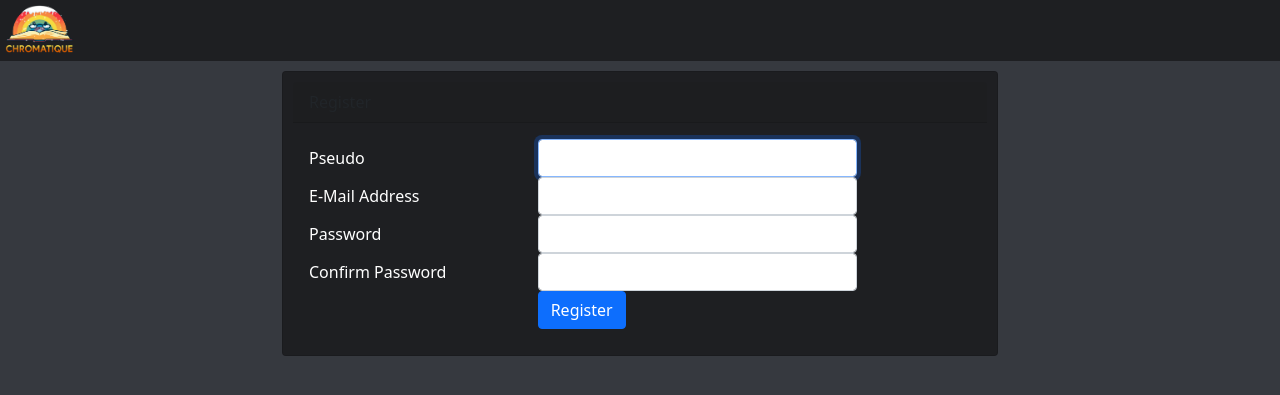
Repository: Codesieg/Chromatique
Page: http://localhost/register
The author's editor kept a copy of each file at every save. The page is drawn from the files as they stood at one save, then again after the next save.
The browser window is 1280 px wide. The pictures show the whole page.
Some icons come from a web library that is not loaded, so they are not drawn. The page is served by the project's Laravel application, run on PHP 8.4 with Laravel 8. Other server files are loaded and not shown.

Above is the page before, as saved 2021-07-02 13:42:30.

### chromatique/routes/web.php
<?php


use Illuminate\Support\Facades\Auth;
use Illuminate\Support\Facades\Route;
use App\Http\Controllers\PagesController;
use App\Http\Controllers\TomesController;
use App\Http\Controllers\MangasController;
use App\Http\Controllers\AdminTomesController;
use App\Http\Controllers\AdminMangasController;

/*
|--------------------------------------------------------------------------
| Web Routes
|--------------------------------------------------------------------------
|
| Here is where you can register web routes for your application. These
| routes are loaded by the RouteServiceProvider within a group which
| contains the "web" middleware group. Now create something great!
|
*/
//-------------- Route front ----------------
// Route::get('/', [MangasController::class,'browse'])->name('browse_mangas');

Route::get(
    '/',
    [MangasController::class, 'browse']
)->name('browse_mangas');

Route::get(
    '/tome/{id}',
    [TomesController::class,'browse']
)->name('browse_tomes');

Route::get(
    '/tome/page/{id}',
    [PagesController::class,'read']
)->name('browse_pages');

//-------------- Route back manga ----------------

Route::get(
    '/admin',
    [AdminMangasController::class, 'browse']
)->name('admin_browse_mangas');

Route::get(
    '/admin/add/manga',
    [AdminMangasController::class, 'form']
)->name('admin_form_manga');

Route::post(
    '/admin/add/manga',
    [AdminMangasController::class, 'add']
)->name('admin_add_manga');

Route::delete(
    '/admin/delete/{id}',
    [AdminMangasController::class, 'delete']
)->name('admin_delete_manga');

//-------------- Route back tome ----------------

// On récupère l'id du manga sur cette route et on affiche le formulaire d'ajout d'un tome par rapport à ça franchise
Route::get(
    '/admin/add/tome/{id}',
    [AdminTomesController::class, 'form']
)->name('admin_form_tome');

// On ajoute un tome
Route::post(
    '/admin/add/tome',
    [AdminTomesController::class, 'add']
)->name('admin_add_tome');

// On liste tous les tomes de tous les mangas
Route::get(
    '/admin/tome/',
    [AdminTomesController::class, 'browse']
)->name('admin_browse_tomes');

// On liste tous les tomes d'un manga
Route::get(
    '/admin/tome/{id}',
    [AdminTomesController::class, 'read']
)->name('admin_read_tome');

// Permet de supprimer un tome
Route::delete(
    '/admin/delete/tome/{id}',
    [AdminTomesController::class, 'delete']
)->name('admin_delete_tome');

Auth::routes();

Route::get(
        '/home',
        [HomeController::class, 'index']
)->name('home');

### chromatique/app/Http/Controllers/Auth/ConfirmPasswordController.php
<?php

namespace App\Http\Controllers\Auth;

use App\Http\Controllers\Controller;
use App\Providers\RouteServiceProvider;
use Illuminate\Foundation\Auth\ConfirmsPasswords;

class ConfirmPasswordController extends Controller
{
    /*
    |--------------------------------------------------------------------------
    | Confirm Password Controller
    |--------------------------------------------------------------------------
    |
    | This controller is responsible for handling password confirmations and
    | uses a simple trait to include the behavior. You're free to explore
    | this trait and override any functions that require customization.
    |
    */

    use ConfirmsPasswords;

    /**
     * Where to redirect users when the intended url fails.
     *
     * @var string
     */
    protected $redirectTo = RouteServiceProvider::LOGIN;

    /**
     * Create a new controller instance.
     *
     * @return void
     */
    public function __construct()
    {
        $this->middleware('auth');
    }
}

### chromatique/resources/views/auth/register.blade.php
@extends('layout')

@section('contenu')
<div class="container">
    <div class="row justify-content-center">
        <div class="col-md-8">
            <div class="card">
                <div class="card-header">{{ __('Register') }}</div>

                <div class="card-body">
                    <form method="POST" action="{{ route('register') }}">
                        @csrf

                        <div class="form-group row">
                            <label for="name" class="col-md-4 col-form-label text-md-right white">{{ __('Pseudo') }}</label>

                            <div class="col-md-6">
                                <input id="name" type="text" class="form-control @error('name') is-invalid @enderror" name="name" value="{{ old('name') }}" required autocomplete="name" autofocus>

                                @error('name')
                                    <span class="invalid-feedback" role="alert">
                                        <strong>{{ $message }}</strong>
                                    </span>
                                @enderror
                            </div>
                        </div>

                        <div class="form-group row">
                            <label for="email" class="col-md-4 col-form-label text-md-right white">{{ __('E-Mail Address') }}</label>

                            <div class="col-md-6">
                                <input id="email" type="email" class="form-control @error('email') is-invalid @enderror" name="email" value="{{ old('email') }}" required autocomplete="email">

                                @error('email')
                                    <span class="invalid-feedback" role="alert">
                                        <strong>{{ $message }}</strong>
                                    </span>
                                @enderror
                            </div>
                        </div>

                        <div class="form-group row">
                            <label for="password" class="col-md-4 col-form-label text-md-right white">{{ __('Password') }}</label>

                            <div class="col-md-6">
                                <input id="password" type="password" class="form-control @error('password') is-invalid @enderror" name="password" required autocomplete="new-password">

                                @error('password')
                                    <span class="invalid-feedback" role="alert">
                                        <strong>{{ $message }}</strong>
                                    </span>
                                @enderror
                            </div>
                        </div>

                        <div class="form-group row">
                            <label for="password-confirm" class="col-md-4 col-form-label text-md-right white">{{ __('Confirm Password') }}</label>

                            <div class="col-md-6">
                                <input id="password-confirm" type="password" class="form-control" name="password_confirmation" required autocomplete="new-password">
                            </div>
                        </div>

                        <div class="form-group row mb-0">
                            <div class="col-md-6 offset-md-4">
                                <button type="submit" class="btn btn-primary">
                                    {{ __('Register') }}
                                </button>
                            </div>
                        </div>
                    </form>
                </div>
            </div>
        </div>
    </div>
</div>
@endsection

### chromatique/resources/views/layout.blade.php
<!DOCTYPE html>
<html lang="fr">

<head>
    <meta charset="UTF-8">
    <meta http-equiv="X-UA-Compatible" content="IE=edge">
    <meta name="viewport" content="width=device-width, initial-scale=1.0">
    <title>Chromatique</title>
    <link rel="stylesheet" href="https://maxst.icons8.com/vue-static/landings/line-awesome/line-awesome/1.3.0/css/line-awesome.min.css">
    <link rel="stylesheet" href="<?= asset('assets/css/reset.css') ?>">
    <link href="https://cdn.jsdelivr.net/npm/bootstrap@5.0.0-beta3/dist/css/bootstrap.min.css" rel="stylesheet" integrity="sha384-eOJMYsd53ii+scO/bJGFsiCZc+5NDVN2yr8+0RDqr0Ql0h+rP48ckxlpbzKgwra6" crossorigin="anonymous">

    <link rel="stylesheet" href="<?= asset('assets/css/style.css') ?>">
</head>

<header>
    <div class="infos-menu">
        <div class="wrapper-menu">
            <img class="logo" src="<?= asset('assets/img/logo.png') ?>" alt="">
            <a href="{{route('browse_mangas')}}"><i class="las la-3x la-home white"></i></a>
            <a href="{{route('admin_browse_mangas')}}"><i class="las la-3x la-user-shield white"></i></a>
            <a href="https://discord.gg/3HH8Usj"><i class="lab la-3x la-discord white"></i></a>
            <a href="#"><i class="lab la-3x la-telegram white"></i></a>
            <a href="#"><i class="las la-3x la-info-circle white"></i></a>
        </div>
    </div>
</header>
<body>
    <!-- wrap -->
    @include('layouts/flash-message')
    <div class="wrapper">

    @yield('contenu')
    </div>


</body>
<script src="https://cdn.jsdelivr.net/npm/bootstrap@5.0.0-beta3/dist/js/bootstrap.bundle.min.js" integrity="sha384-JEW9xMcG8R+pH31jmWH6WWP0WintQrMb4s7ZOdauHnUtxwoG2vI5DkLtS3qm9Ekf" crossorigin="anonymous"></script>
</html>

### chromatique/resources/views/layouts/flash-message.blade.php
@if ($message = Session::get('success'))
<div class="alert alert-success alert-block ">
        <strong>{{ $message }}</strong>
</div>
@endif


@if ($message = Session::get('error'))
<div class="alert alert-danger alert-block ">
        <strong>{{ $message }}</strong>
</div>
@endif


@if ($message = Session::get('warning'))
<div class="alert alert-warning alert-block">
	<strong>{{ $message }}</strong>
</div>
@endif


@if ($message = Session::get('info'))
<div class="alert alert-info alert-block ">
	<strong>{{ $message }}</strong>
</div>
@endif


@if ($errors->any())
<div class="alert alert-danger ">
    Please check the form below for errors
</div>
@endif

### chromatique/public/assets/css/reset.css
/* http://meyerweb.com/eric/tools/css/reset/
   v2.0 | 20110126
   License: none (public domain)
*/

html,
body,
div,
span,
applet,
object,
iframe,
h1,
h2,
h3,
h4,
h5,
h6,
p,
blockquote,
pre,
a,
abbr,
acronym,
address,
big,
cite,
code,
del,
dfn,
em,
img,
ins,
kbd,
q,
s,
samp,
small,
strike,
strong,
sub,
sup,
tt,
var,
b,
u,
i,
center,
dl,
dt,
dd,
ol,
ul,
li,
fieldset,
form,
label,
legend,
table,
caption,
tbody,
tfoot,
thead,
tr,
th,
td,
article,
aside,
canvas,
details,
embed,
figure,
figcaption,
footer,
header,
hgroup,
menu,
nav,
output,
ruby,
section,
summary,
time,
mark,
audio,
video {
    margin: 0;
    padding: 0;
    border: 0;
    font-size: 100%;
    font: inherit;
    vertical-align: baseline;
}

a {
    text-decoration: none;
}


/* HTML5 display-role reset for older browsers */

article,
aside,
details,
figcaption,
figure,
footer,
header,
hgroup,
menu,
nav,
section {
    display: block;
}

body {
    line-height: 1;
}

ol,
ul {
    list-style: none;
}

blockquote,
q {
    quotes: none;
}

blockquote:before,
blockquote:after,
q:before,
q:after {
    content: '';
    content: none;
}

table {
    border-collapse: collapse;
    border-spacing: 0;
}

### chromatique/public/assets/css/style.css
body {
    margin: 0;
    background-color: #36393F;
}

.logo {
    margin: 5px 5px 5px 5px;
    width: 10%;
}

.logo__left {
    width: 50px
}

.infos-menu {
    display: flex;
    align-items: center;
    justify-content: space-between;
    background-color: #1e1f22;
    position: sticky;
}

.infos-menu i {
    margin-left: 2px;
}

.wrapper-menu {
    display: flex;
    align-items: center;
}

.la-user-shield {
    margin: 0 10px 0 0;
}

.search {
    position: relative;
    margin: 10px 0 0 0;
    float: left;
    top: 50px;
    right: 50px;
}

.field {
    border: 0 !important;
    width: 100% !important;
    height: 100% !important;
    padding: 10px 20px !important;
    background: white !important;
    border-radius: 3px !important;
    box-shadow: 0px 8px 15px rgba(75, 72, 72, 0.1) !important;
    -webkit-transition: all 0.4s ease !important;
    transition: all 0.4s ease !important;
}

.login {
    display: flex;
    align-items: center;
    margin: 0 20px 0 0px;
}

.login a {
    margin: 0 5px 0 5px;
    text-decoration: none;
    font-size: 1.5em;
    color: #fff;
    padding: 5px 5px 5px 5px;
}

.dropdown-login {
    position: relative;
    display: inline-block;
    margin: 0 0 0 50px;
}

.dropdown-login:hover .dropdown-content {
    display: flex;
    flex-direction: column;
}

.dropdown-content {
    display: none;
    position: absolute;
    background-color: #1e1f22;
    min-width: 260px;
    top: 85%;
    right: 5%;
    box-shadow: 0px 8px 16px 0px rgba(0, 0, 0, 0.2);
    padding: 30px 8px 16px 8px;
    z-index: 1;
}

.white {
    color: #ffff;
    text-decoration: none;
}

p {
    color: white;
}

.title {
    font-size: 1.5em;
    padding: 10px 10px 10px 0;
    border-bottom: solid #DCDDDE 1px;
}

.synopsis {
    text-align: left !important;
}

.main {
    width: 80%;
    margin: 20px auto;
    display: flex;
    justify-content: center;
}

.content {
    display: flex;
    flex-direction: column;
}

.hot {
    border-bottom: solid #DCDDDE 1px;
    color: #DCDDDE;
    font-size: 1.8em;
    padding: 0 0 5px 0;
}

.cards {
    display: flex;
    justify-content: center;
    align-self: center;
    flex-wrap: wrap;
    width: 60%;
}

.card {
    background-color: #1e1f22;
    margin: 10px;
    padding: 10px;
    display: flex;
    flex-direction: column;
    overflow: hidden;
}

.card p {
    text-align: center;
    margin: 7px 0 0 0;
}

.stats {
    display: flex;
    margin: 10px 0 10px 0;
}

.views {
    display: flex;
}

.resume {
    width: 75%;
    margin: 5px 0 0 0;
    font-size: 1.2em;
    font-family: 'Lucida Sans', 'Lucida Sans Regular', 'Lucida Grande', 'Lucida Sans Unicode', Geneva, Verdana, sans-serif;
}

.cover {
    width: 290px;
    height: 450px;
    display: flex;
    align-self: center;
    transition: 0.5s;
}

.cover:hover {
    transform: scale(1.5);
}


/* .main-cover {
    position: relative;
    float: right;
    top: 50px;
    left: 100px;
} */

.main-text {
    position: absolute;
    left: 0;
    bottom: 0;
    z-index: 1;
    width: 100%;
    height: 50%;
    background-image: linear-gradient( to bottom, transparent, rgba(0, 0, 0, 0.84) 85%, #000);
    padding: 64px 15px 0 15px;
    border-radius: 3px;
}

.main-text--bottom {
    height: 30%;
}


/*  Détails page admin */

.manga-thumb {
    width: 20%;
}


/*  Zoom des pages */

.zoom {
    margin: 1%;
    padding: 0.3em;
    width: 6%;
    background-color: #1e1f226e;
    border-radius: 20px;
    position: absolute;
    float: left;
    top: 850px;
    left: 0px;
    display: flex;
    justify-content: space-evenly;
    position: fixed;
}

.page {
    display: flex;
    flex-direction: column;
    justify-content: center;
}

.scale {
    width: 50%;
    margin: 1% auto;
}

.zoom-in,
.zoom-out {
    cursor: pointer;
}


/* Suppression des messages flash */

.flash-fade {
    opacity: 0;
    transition: opacity 5s;
}


/* Présentations des tomes */

.banner {
    opacity: 0.8;
    display: flex;
    justify-content: center;
    background-image: linear-gradient(to bottom, rgba(253, 250, 250, 0.199), rgba(8, 8, 8, 10.5)), url(../mangas/One_Piece/one_piece_banner.jpg);
    background-color: #DCDDDE;
    background-repeat: no-repeat;
    background-size: cover;
    width: 100%;
    height: 600px;
}

.details {
    display: flex;
    justify-content: center;
}

.details-main-cover {
    width: 250px;
    height: 350px;
    display: flex;
    align-self: center;
}

.details-manga-cover {
    border: 3px solid white;
    border-radius: 3px;
    position: relative;
    bottom: 60px;
    width: 240px
}

.details-infos {
    width: 40%;
}

Loaded but not shown: chromatique/app/Providers/AppServiceProvider.php (common file); chromatique/app/Http/Controllers/Controller.php (common file); chromatique/app/Http/Controllers/Auth/RegisterController.php (common file)

After the next save:
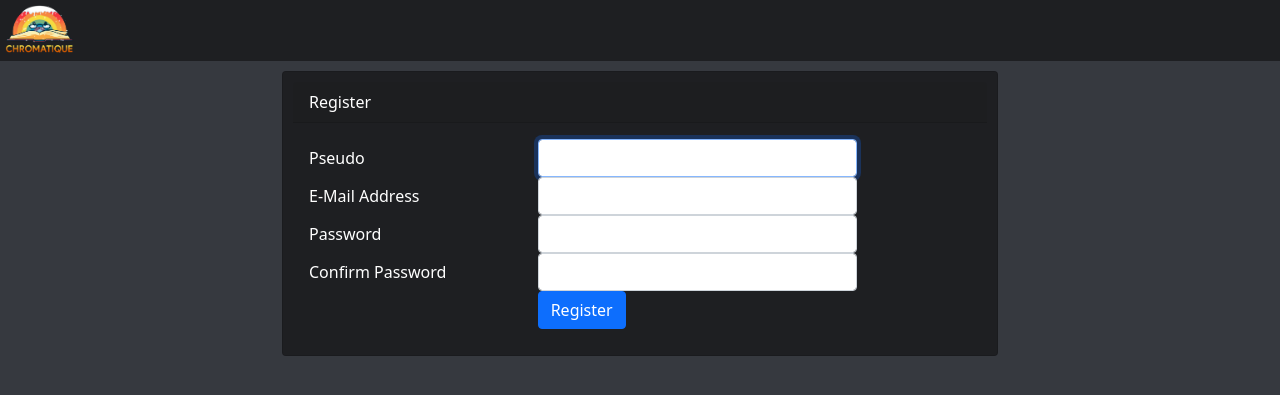
Saved 9 s later.
--- a/chromatique/resources/views/auth/register.blade.php
+++ b/chromatique/resources/views/auth/register.blade.php
@@ -5,7 +5,7 @@
     <div class="row justify-content-center">
         <div class="col-md-8">
             <div class="card">
-                <div class="card-header">{{ __('Register') }}</div>
+                <div class="card-header white">{{ __('Register') }}</div>
 
                 <div class="card-body">
                     <form method="POST" action="{{ route('register') }}">
